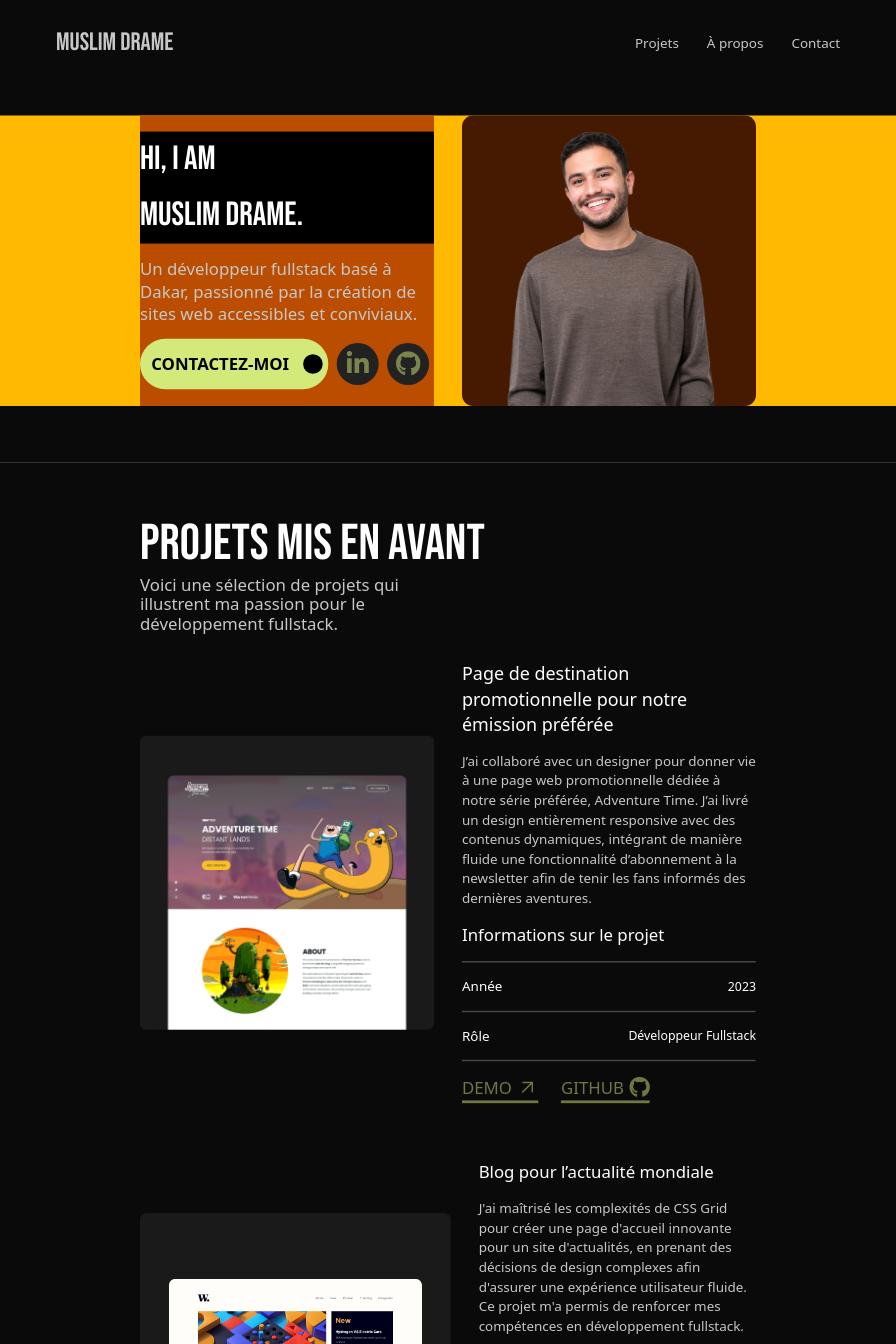
Repository: muslimdrame37-oss/Portfolio1
Page: src/index.html
An editor plug-in stored every save of this project. The page is shown before and after the next save, followed by the edit.
The browser window is 1280 px wide. The pictures show the part of the page from y = 0 to 1920 px (the page is 4488 px tall), at 70% of full size.
Some web fonts or font styles are not loaded; a fallback is used. Some web libraries are served in a nearby version.

Above is the page before, as saved 2026-02-11 21:04:30.

### src/index.html
<!doctype html>
<html lang="fr">
<head>
    <meta charset="UTF-8">
    <meta name="viewport" content="width=device-width, initial-scale=1.0">
    <meta name="description" content="Portfolio de Muslim Drame - Développeur Fullstack basé à Dakar">
    <title>Muslim Drame - Développeur Fullstack</title>

    <!-- Fonts -->
    <link rel="stylesheet" href="https://fonts.googleapis.com/css2?family=Bebas+Neue&display=swap">
    <link rel="stylesheet" href="https://fonts.googleapis.com/css2?family=Material+Symbols+Outlined:opsz,wght,FILL,GRAD@20..48,100..700,0..1,-50..200&icon_names=arrow_outward">

    <!-- Styles -->
    <link href="./output.css" rel="stylesheet">

    <!-- Icons -->
    <script src="https://kit.fontawesome.com/31ee52f68e.js" crossorigin="anonymous"></script>
</head>

<body class="bg-[#0A0A0A]">
    <!-- ========== HEADER ========== -->
    <header class="flex items-center justify-between py-4 px-5 lg:px-20">
        <h1 class="text-[#C7C7C7] text-[2rem] lg:text-4xl font-bebas">MUSLIM DRAME</h1>

        <!-- Navigation Desktop -->
        <nav class="hidden lg:flex justify-between py-8 text-[#C7C7C7] text-[1.2rem]" aria-label="Navigation principale">
            <ul class="flex gap-10">
                <li><a href="index.html" class="hover:text-[#D3E97A] transition-colors">Projets</a></li>
                <li><a href="a_propos.html" class="hover:text-[#D3E97A] transition-colors">À propos</a></li>
                <li><a href="#contact" class="hover:text-[#D3E97A] transition-colors">Contact</a></li>
            </ul>
        </nav>

        <!-- Menu Mobile -->
        <button class="lg:hidden" aria-label="Menu mobile">
            <svg xmlns="http://www.w3.org/2000/svg" height="40px" viewBox="0 -960 960 960" width="40px" fill="#484848">
                <path d="M120-680v-80h720v80H120Zm0 480v-80h720v80H120Zm0-240v-80h720v80H120Z"/>
            </svg>
        </button>
    </header>

    <!-- ========== MAIN CONTENT ========== -->
    <main>

        <!-- ========== SECTION HERO ========== -->
        <section class="px-5 mt-10 flex flex-col justify-between gap-10 lg:flex-row lg:px-50 bg-amber-400" aria-label="Section d'accueil">
            <!-- Contenu texte -->
            <div class="flex flex-col gap-5 justify-center lg:w-1/2 bg-amber-700">
                <h2 class="text-white text-[3rem] font-bebas lg:text-[5rem] lg:leading-20 leading-15 bg-black">HI, I AM <br> MUSLIM DRAME.</h2>
                <p class="text-1xl text-[#C7C7C7] lg:text-2xl">
                    Un développeur fullstack basé à Dakar, passionné par la création de sites web accessibles et conviviaux.
                </p>

                <!-- Boutons d'action -->
                <div class="flex gap-3 items-center">
                    <!-- Bouton Contact -->
                    <a href="#contact" class="bg-[#D3E97A] flex justify-between items-center pl-2 text-black font-bold text-[1rem] rounded-[100px] gap-1 lg:gap-3 py-2 lg:py-4 lg:text-[1.5rem] lg:pl-4 hover:bg-[#c5db6f] transition-colors">
                        CONTACTEZ-MOI
                        <span class="w-11 h-10 flex items-center justify-center">
                            <span class="bg-black w-4 h-4 rounded-full lg:w-7 lg:h-7"></span>
                        </span>
                    </a>

                    <!-- Réseaux sociaux -->
                    <a href="#" class="w-10 h-10 rounded-full bg-[#222222] flex justify-center items-center lg:w-15 lg:h-15 hover:bg-[#333333] transition-colors" aria-label="LinkedIn">
                        <i class="fa-brands fa-linkedin-in text-[#D3E97A] text-2xl lg:text-4xl animate-pulse"></i>
                    </a>
                    <a href="#" class="w-10 h-10 rounded-full bg-[#222222] flex justify-center items-center lg:w-15 lg:h-15 hover:bg-[#333333] transition-colors" aria-label="GitHub">
                        <i class="fa-brands fa-github text-2xl lg:text-4xl text-[#D3E97A] animate-pulse"></i>
                    </a>
                </div>
            </div>

            <!-- Image hero -->
            <div class="bg-[#C7C7C7] rounded-2xl  bg-amber-950 lg:w-1/2">
                <img src="image/image1.png" alt="Portrait de Muslim Drame" width="880" class="w-full h-auto">
            </div>
        </section>

        <!-- Séparateur -->
        <hr class="border-[#484848] border-t mt-20">

        <!-- ========== SECTION PROJETS ========== -->

        <section class="flex flex-col px-8 mt-20 lg:px-50">
            <div class="flex flex-col gap-2">
                <h2 class="text-4xl text-white font-bebas lg:text-7xl">PROJETS MIS EN AVANT</h2>
                <p class="text-2xl text-[#C7C7C7] lg:w-1/2 leading-7">Voici une sélection de projets qui illustrent ma passion pour le développement fullstack.</p>
            </div>
            <div class="flex flex-col lg:flex-row gap-10 mt-10 lg:w-[1,224px] justify-center items-center">
                <div class="lg:w-1/2">
                    <img src="image/image2.png" alt="">
                </div>
                <!-- INFORMATION -->
                <!-- TITRE ET DESCCRIPTION -->
                <div class=" lg:w-1/2 flex flex-col gap-5 ">
                    <div class="flex flex-col gap-5">
                        <h2 class="text-white text-[1.6rem] leading-9">Page de destination promotionnelle pour notre émission préférée</h2>
                        <p class="text-[#C7C7C7] leading-7 text-[1.2rem]">J’ai collaboré avec un designer pour donner vie à une page web promotionnelle dédiée à notre série préférée, Adventure Time. J’ai livré un design entièrement responsive avec des contenus dynamiques, intégrant de manière fluide une fonctionnalité d’abonnement à la newsletter afin de tenir les fans informés des dernières aventures.</p>
                    </div>
                    <!-- INFORMATION SUR LE PROJET -->
                    <div class=" flex flex-col gap-5">
                        <h3 class="text-white text-[1.5rem]">Informations sur le projet</h3>
                        <div class="flex flex-col gap-5">
                            <div class="w-full border-[#484848] border"></div>

                            <div class="flex justify-between">
                                <p class="text-white text-[1.2rem]">Année</p>
                                <p class="text-white text-[1.1rem]">2023</p>
                            </div>

                            <div class="w-full border-[#484848] border"></div>

                            <div class="flex justify-between">
                                <p class="text-white text-[1.2rem]">Rôle</p>
                                <p class="text-white text-[1.1rem]">Développeur Fullstack</p>
                            </div>

                            <div class="w-full border-[#484848] border"></div>

                        </div>
                    </div>

                    <!-- LIEN DEMO & GITHUB -->

                    <div class="flex gap-8">
                        <a href="#">
                            <div class="animate-pulse">
                            <div class="flex items-center gap-2 ">
                                <p class="text-[#D3E97A] text-[1.5rem]">DEMO</p>
                                <svg xmlns="http://www.w3.org/2000/svg" height="30px" viewBox="0 -960 960 960" width="30px" fill="#D3E97A"><path d="M246.67-244 200-290.67l402.67-402.66H236V-760h480v480h-66.67v-366.67L246.67-244Z"/></svg>
                            </div>
                            <div class="w-full border-[#D3E97A] border-2"></div>
                        </div>
                        </a>
                        <a href="#">
                            <div class="animate-pulse">
                            <div class="flex items-center gap-2">
                                <p class="text-[#D3E97A] text-[1.5rem]">GITHUB</p>
                                <i class="fa-brands fa-github text-3xl text-[#D3E97A]"></i>
                            </div>
                            <div class="w-full border-[#D3E97A] border-2"></div>
                        </div>
                        </a>

                    </div>
                </div>
            </div>
        </section>

        <!-- PROJET 2 -->

        <section class="flex flex-col px-8 mt-20 gap-8 lg:gap-10 lg:flex-row lg:px-50 items-center">
            <div>
                <img src="image/image3.png" alt="" class="w-4xl">
            </div>
            <div class="lg:w-200 flex flex-col gap-5">
                <div class="flex flex-col gap-5">
                    <h2 class="text-white text-[1.5rem]">Blog pour l’actualité mondiale</h2>
                    <p class="text-[#C7C7C7] text-[1.2rem] leading-7">J'ai maîtrisé les complexités de CSS Grid pour créer une page d'accueil innovante pour un site d'actualités, en prenant des décisions de design complexes afin d'assurer une expérience utilisateur fluide. Ce projet m'a permis de renforcer mes compétences en développement fullstack.</p>
                </div>
                <div class="flex flex-col gap-8">
                    <div class="text-[1.5rem] text-white ">Informations sur le projet</div>
                    <div class="flex flex-col gap-4">
                        <div class="w-full border-[#484848] border "></div>
                        <div class="flex justify-between">
                            <p class="text-white text-[1.2rem]">Client</p>
                            <p class="text-[#C7C7C7] text-[1.1rem]">World News</p>
                        </div>
                        <div class="w-full border-[#484848] border "></div>
                        <div class="flex justify-between">
                            <p class="text-white text-[1.2rem]">Année</p>
                            <p class="text-[#C7C7C7] text-[1.1rem]">2022</p>
                        </div>
                        <div class="w-full border-[#484848] border "></div>
                        <div class="flex justify-between">
                            <p class="text-white text-[1.5rem]">Rôle</p>
                            <p class="text-[#C7C7C7] text-[1.5rem]">Développeur Fullstack</p>
                        </div>
                        <div class="w-full border-[#484848] border "></div>
                    </div>
                </div>
                <a href="#">
                    <div class="flex flex-col animate-pulse">
                    <div class="flex items-center gap-2">
                        <p class="text-[#D3E97A] text-[1.5rem]">DEMO</p>
                        <svg xmlns="http://www.w3.org/2000/svg" height="30px" viewBox="0 -960 960 960" width="30px" fill="#D3E97A"><path d="M246.67-244 200-290.67l402.67-402.66H236V-760h480v480h-66.67v-366.67L246.67-244Z"/></svg>
                    </div>
                    <div class="w-25 border-[#D3E97A] border-2"></div>
                </div>
                </a>
            </div>
        </section>

        <!-- PROJET 3 -->

        <section class="mt-20 flex flex-col px-8 gap-8 lg:gap-10 lg:flex-row lg:px-50 items-center">
            <img src="image/image3.png" alt="" class="w-full lg:w-1/2">
            <div class="w-full lg:w-1/2 flex flex-col gap-5">
                <div class="flex flex-col gap-5">
                    <h2 class="text-white text-[2rem]">Page produit pour site e-commerce</h2>
                    <p class="text-[#C7C7C7] text-[1.2rem] leading-8 ">J’ai conçu avec succès une page produit attrayante, intégrant une galerie dynamique en lightbox et un panier fonctionnel fluide, démontrant ma maîtrise du développement en JavaScript.</p>
                </div>
                <div class="flex flex-col gap-5">
                    <div class="text-[1.5rem] text-white lg:mt-5 ">Informations sur le projet</div>
                    <div class="flex flex-col gap-5">
                        <div class="w-full border-[#484848] border "></div>
                        <div class="flex justify-between">
                            <p class="text-white text-[1.2rem]">Année</p>
                            <p class="text-[#C7C7C7] text-[1.1rem]">2022</p>
                        </div>
                        <div class="w-full border-[#484848] border "></div>
                        <div class="flex justify-between">
                            <p class="text-white text-[1.2rem]">Rôle</p>
                            <p class="text-[#C7C7C7] text-[1.1rem]">Développeur Fullstack</p>
                        </div>
                        <div class="w-full border-[#484848] border "></div>
                    </div>
                </div>
                <!-- LIEN DÉMO & GITHUB -->
                <div class="flex gap-8 items-center">
                    <a href="#">
                        <div class="animate-pulse">
                        <div class="flex items-center gap-2">
                            <p class="text-[#D3E97A] text-[1.5rem]">DEMO</p>
                            <svg xmlns="http://www.w3.org/2000/svg" height="30px" viewBox="0 -960 960 960" width="30px" fill="#D3E97A"><path d="M246.67-244 200-290.67l402.67-402.66H236V-760h480v480h-66.67v-366.67L246.67-244Z"/></svg>
                    </div>
                    <div class="w-full border-[#D3E97A] border-2"></div>
                    </div>
                    </a>
                    <a href="#">
                        <div class="animate-pulse">
                        <div class="flex items-center gap-2">
                            <p class="text-[#D3E97A] text-[1.5rem]">GITHUB</p>
                            <i class="fa-brands fa-github text-3xl text-[#D3E97A]"></i>
                        </div>
                        <div class="w-full border-[#D3E97A] border-2"></div>
                    </div>
                    </a>
                </div>
            </div>
        </section>

        <!-- À PROPOS DE MOI -->
        <div class="w-full border-[#484848] border my-10"></div>

        <section class=" flex flex-col px-8 gap-5 lg:flex-row lg:gap-10 lg:px-50 justify-between">
            <div class="text-6xl text-white  lg:w-200 lg:text-[140px] font-bebas">À PROPOS DE MOI</div>
            <div class="lg:w-200">
                <div class="flex flex-col gap-10 ">
                    <p class="text-white text-[1.5rem] ">Je suis développeur Fullstack passionné basé à DAKAR, avec une formation en génie Informatique.</p>
                    <div class="text-[#484848] text-[1.2rem]">Je suis développeur fullstack basé à Dakar, à la recherche d’opportunités stimulantes. Avec une formation en génie informatique, je mets un point d’honneur à privilégier l’accessibilité lors du développement. Passionné et curieux, j’aime résoudre des problèmes complexes.
                    Actuellement, j’explore React.js, Laravel et m’initie également au design. En dehors du codage, j’apprécie jouer au football, la photographie et jouer à la carte. Je continue d’apprendre pour améliorer constamment mes compétences.</div>
                    <a href="a_propos.html" class="text-[#D3E97A] text-[1.5rem] underline underline-offset-8 hover:text-[#c5db6f] transition-colors">EN SAVOIR PLUS SUR MOI</a>
                </div>
            </div>
        </section>

        <hr class="border-[#484848] border-t my-10">

        <!-- ========== SECTION CONTACT ========== -->

        <section id="contact" class="flex flex-col px-8 mb-10 lg:px-50 lg:gap-10 lg:flex-row" aria-label="Formulaire de contact">
            <!-- Informations de contact -->
            <div class="flex flex-col gap-10 lg:w-200">
                <h2 class="lg:text-[100px] text-white font-bold text-4xl font-bebas">ENTRONS EN CONTACT</h2>
                <div class="flex flex-col gap-2">
                    <p class="text-[#C7C7C7] text-[1rem]">
                        Dites moi hello <a href="mailto:muslimdrame37@gmail.com" class="text-white hover:text-[#D3E97A] transition-colors">muslimdrame37@gmail.com</a>
                    </p>
                    <p class="text-white text-[1rem]">Pour en savoir plus sur moi, jetez un coup d'œil à mon <a href="#" class="text-[#D3E97A] underline underline-offset-5 hover:text-[#c5db6f] transition-colors">CV</a></p>
                </div>
                <!-- Réseaux sociaux -->
                <nav class="flex gap-5" aria-label="Réseaux sociaux">
                    <a href="#" aria-label="LinkedIn" class="hover:scale-110 transition-transform">
                        <i class="fa-brands fa-linkedin-in text-[#D3E97A] text-4xl animate-pulse"></i>
                    </a>
                    <a href="#" aria-label="GitHub" class="hover:scale-110 transition-transform">
                        <i class="fa-brands fa-github text-[#D3E97A] text-4xl animate-pulse"></i>
                    </a>
                    <a href="#" aria-label="Twitter" class="hover:scale-110 transition-transform">
                        <i class="fa-brands fa-x-twitter text-[#D3E97A] text-4xl animate-pulse"></i>
                    </a>
                    <a href="#" aria-label="Instagram" class="hover:scale-110 transition-transform">
                        <i class="fa-brands fa-instagram text-[#D3E97A] text-4xl animate-pulse"></i>
                    </a>
                </nav>
            </div>


            <form action="" method="POST" class="flex flex-col gap-5 mt-10 lg:mt-0 w-full lg:w-200">
                <div class="flex flex-col gap-3">
                    <label for="name" class="text-[#C7C7C7] text-[1.5rem]">Nom complet</label>
                    <input class="text-[#C7C7C7] bg-[#1A1A1A] px-6 py-2 rounded-lg text-[1.5rem] focus:outline-none focus:ring-2 focus:ring-[#D3E97A] transition-all" type="text" name="name" placeholder="Muslim" id="name" required>
                </div>
                <div class="flex flex-col gap-3">
                    <label for="email" class="text-[#C7C7C7] text-[1.5rem]">Email</label>
                    <input class="text-[#C7C7C7] bg-[#1A1A1A] px-6 py-2 rounded-lg text-[1.5rem] focus:outline-none focus:ring-2 focus:ring-[#D3E97A] transition-all" type="email" name="email" placeholder="votre@email.com" id="email" required>
                </div>
                <div class="flex flex-col gap-3">
                    <label for="sujet" class="text-[#C7C7C7] text-[1.5rem]">Sujet</label>
                    <input class="text-[#C7C7C7] bg-[#1A1A1A] px-6 py-2 rounded-lg text-[1.5rem] focus:outline-none focus:ring-2 focus:ring-[#D3E97A] transition-all" type="text" name="sujet" placeholder="Sujet de votre message" id="sujet" required>
                </div>
                <div class="flex flex-col gap-3">
                    <label for="message" class="text-[#C7C7C7] text-[1.5rem]">Message</label>
                    <textarea name="message" id="message" rows="6" placeholder="Votre message..." class="text-[#C7C7C7] bg-[#1A1A1A] px-6 py-2 rounded-lg text-[1.5rem] resize-none focus:outline-none focus:ring-2 focus:ring-[#D3E97A] transition-all" required></textarea>
                </div>
                <button type="submit" class="text-black bg-[#D3E97A] py-2 lg:py-4 text-[1rem] font-bold rounded-[100px] w-35 hover:bg-[#c5db6f] transition-colors cursor-pointer">Envoyer</button>
            </form>
        </section>
    </main>

    <!-- ========== FOOTER ========== -->
    <footer class="w-full pb-6">
        <div class="mx-auto flex flex-col lg:flex-row gap-2 lg:gap-8 items-center justify-between border border-white/10 bg-[#1A1A1A] px-6 py-4 text-sm text-[#C7C7C7] backdrop-blur-md">
            <!-- Copyright -->
            <p>© 2026 Muslim Drame. Tous droits réservés.</p>

            <!-- Réseaux sociaux -->
            <nav class="flex items-center gap-2 text-2xl" aria-label="Réseaux sociaux footer">
                <a href="#" class="hover:text-white transition-colors" aria-label="Facebook">
                    <i class="fa-brands fa-facebook"></i>
                </a>
                <a href="#" class="hover:text-white transition-colors" aria-label="Instagram">
                    <i class="fa-brands fa-instagram"></i>
                </a>
                <a href="#" class="hover:text-white transition-colors" aria-label="Twitter">
                    <i class="fa-brands fa-x-twitter"></i>
                </a>
                <a href="#" class="hover:text-white transition-colors" aria-label="GitHub">
                    <i class="fa-brands fa-github"></i>
                </a>
                <a href="#" class="hover:text-white transition-colors" aria-label="YouTube">
                    <i class="fa-brands fa-youtube"></i>
                </a>
            </nav>
        </div>
    </footer>

</body>
</html>

Loaded but not shown: src/output.css (2245 lines, source omitted)

After the next save:
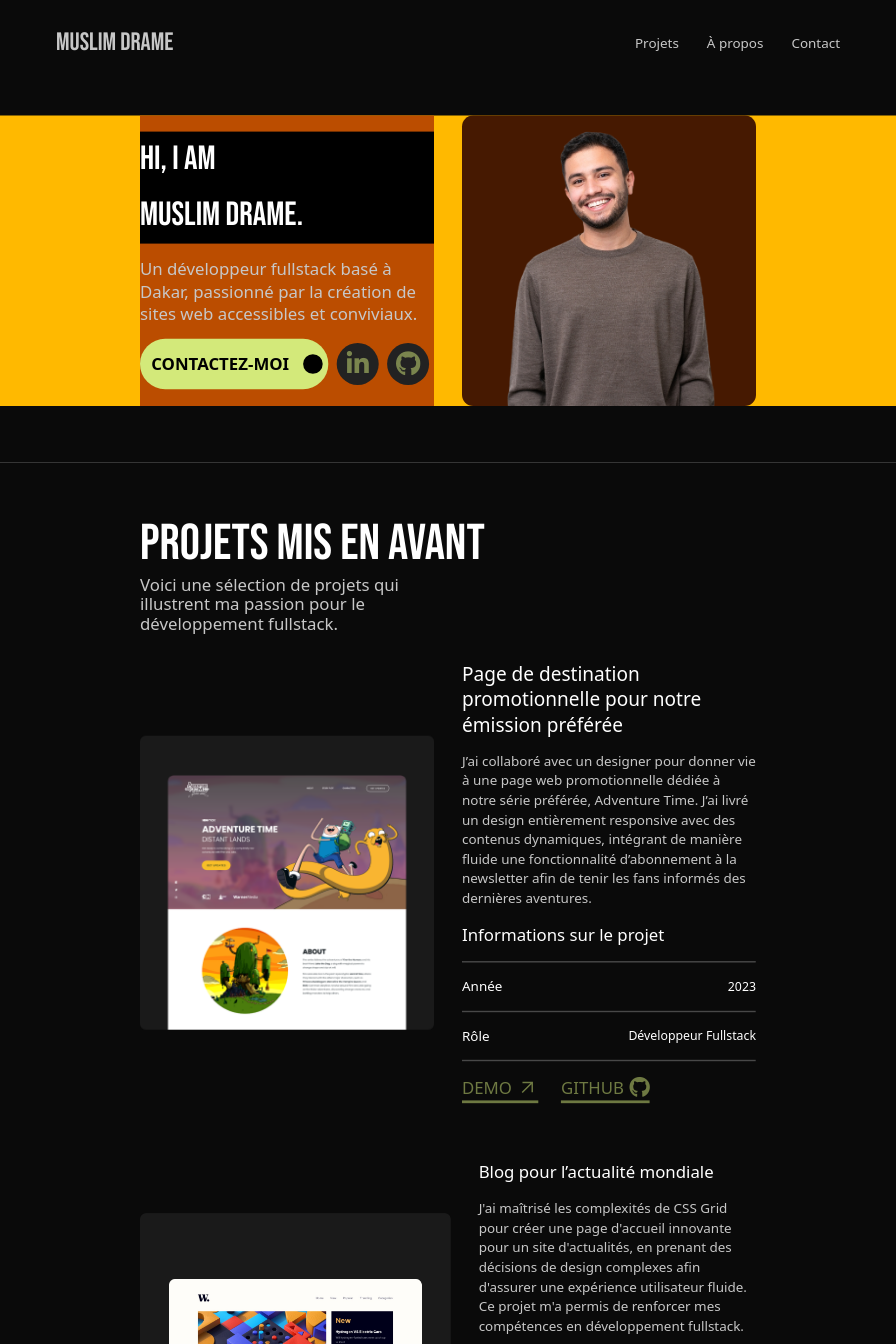
Saved 8 s later.
--- a/src/index.html
+++ b/src/index.html
@@ -95,7 +95,7 @@
                 <!-- TITRE ET DESCCRIPTION -->
                 <div class=" lg:w-1/2 flex flex-col gap-5 ">
                     <div class="flex flex-col gap-5">
-                        <h2 class="text-white text-[1.6rem] leading-9">Page de destination promotionnelle pour notre émission préférée</h2>
+                        <h2 class="text-white text-[1.7rem] leading-9">Page de destination promotionnelle pour notre émission préférée</h2>
                         <p class="text-[#C7C7C7] leading-7 text-[1.2rem]">J’ai collaboré avec un designer pour donner vie à une page web promotionnelle dédiée à notre série préférée, Adventure Time. J’ai livré un design entièrement responsive avec des contenus dynamiques, intégrant de manière fluide une fonctionnalité d’abonnement à la newsletter afin de tenir les fans informés des dernières aventures.</p>
                     </div>
                     <!-- INFORMATION SUR LE PROJET -->
